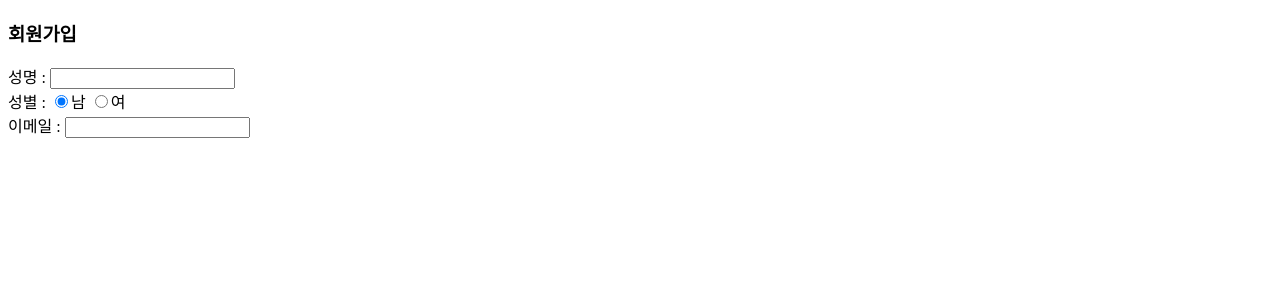
Repository: iwonhee/Study_Spring
Page: http://localhost/Spring01/member
These files come from the project's save history. The page is drawn as it stood at one moment and after the next save; the edit follows.
The browser window is 1280 px wide. The pictures show the whole page.
The page is served by Tomcat 9.

Above is the page before, as saved 2022-12-05 08:49:34.

After the next save:
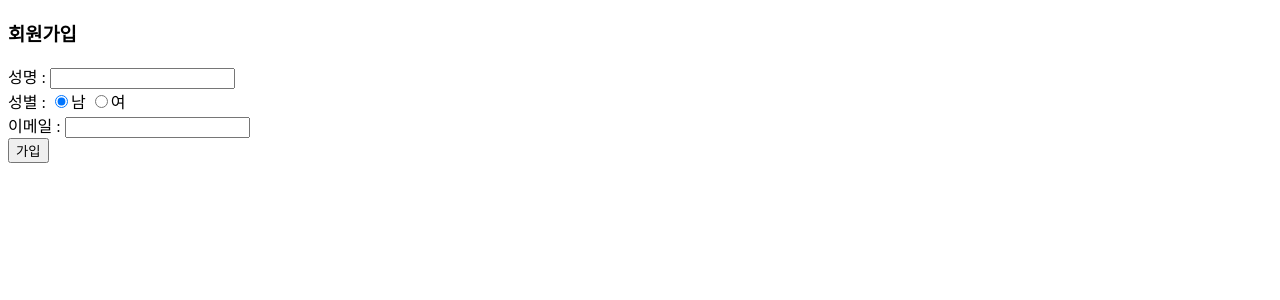
Saved 34 s later.
--- a/Spring01/src/main/webapp/WEB-INF/views/member/join.jsp
+++ b/Spring01/src/main/webapp/WEB-INF/views/member/join.jsp
@@ -16,6 +16,7 @@
 		<input type='radio' name='gender' value='여'>여
 	</div>
 	<div>이메일 : <input type='text' name='email'></div>
+	<div><input type='submit' value='가입'></div>
 </form>
 
 </body>
